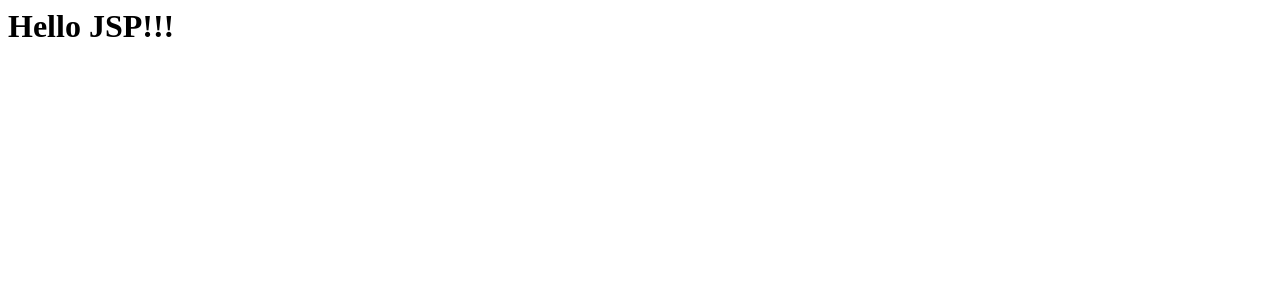
Repository: suinautant/learnCode
Page: http://localhost/JSPBook/hello.jsp
These files come from the project's save history. The page is drawn as it stood at one moment and after the next save; the edit follows.
The browser window is 1280 px wide. The pictures show the whole page.
The page is served by Tomcat 9. Other server files are loaded and not shown.

Above is the page before, as saved 2021-06-24 06:49:32.

### jsp/JSPBook/WebContent/hello.jsp

<html>
<head>
<title>Welcome</title>
</head>
<body>
	<h1>Hello JSP!!!</h1>
</body>
</html>

After the next save:
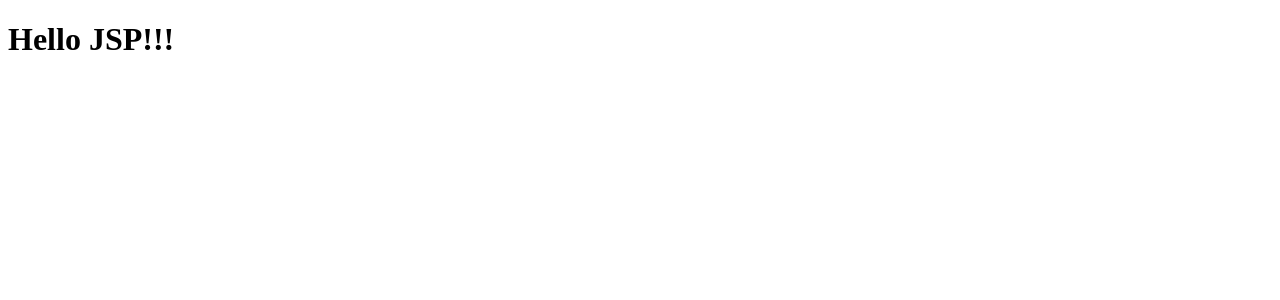
Saved 86 s later.
--- a/jsp/JSPBook/WebContent/hello.jsp
+++ b/jsp/JSPBook/WebContent/hello.jsp
@@ -1,4 +1,4 @@
-
+<!DOCTYPE html PUBLIC "-//W3C//DTD HTML 4.01 Transitional//EN" "http://www.w3.org/TR/html4/loose.dtd">
 <html>
 <head>
 <title>Welcome</title>
